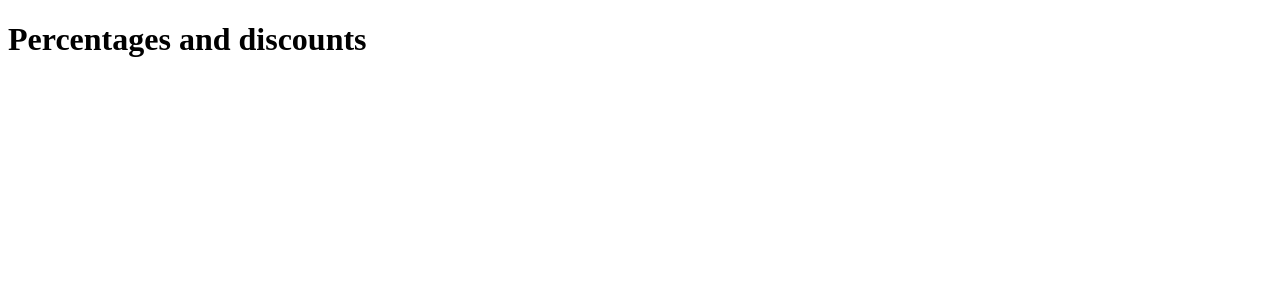
Repository: jangabe/curso-practico-javascript
Page: discounts.html
The author's editor kept a copy of each file at every save. The page is drawn from the files as they stood at one save, then again after the next save.
The browser window is 1280 px wide. The pictures show the whole page.

Above is the page before, as saved 2022-06-15 18:32:59.

### discounts.html
<!DOCTYPE html>
<html lang="en">
<head>
    <meta charset="UTF-8">
    <meta name="viewport" content="width=device-width, initial-scale=1.0">
    <title>Percentages and discounts</title>
</head>
<body>
    <h1>Percentages and discounts</h1>
    <script src="./discounts.js"></script>
</body>
</html>

### discounts.js
/* const originalPrice = 120;
const discount = 18;
const percentagePriceWithDiscount = 100 - discount;
const priceWithDiscount = (originalPrice *  percentagePriceWithDiscount) / 100;*/

function calculatePriceWithDiscount(price, discount){
    const percentagePriceWithDiscount = 100 - discount;
    const priceWithDiscount = (price *  percentagePriceWithDiscount) / 100;
    return priceWithDiscount;
}

After the next save:
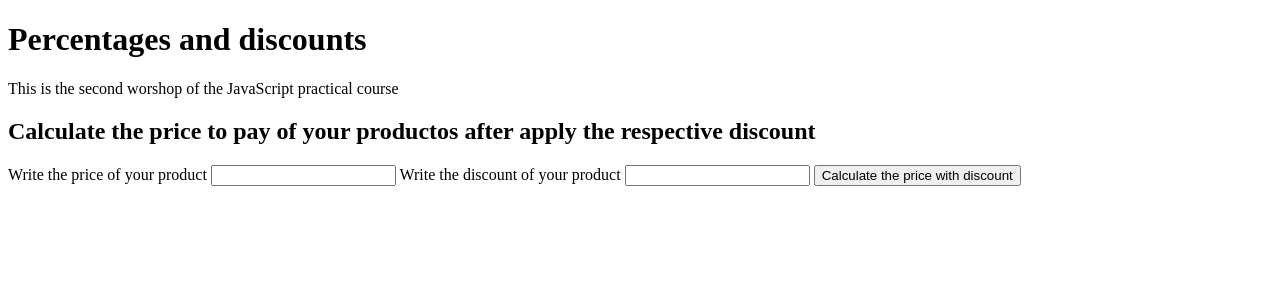
Saved 6 min 31 s later.
--- a/discounts.html
+++ b/discounts.html
@@ -6,7 +6,24 @@
     <title>Percentages and discounts</title>
 </head>
 <body>
-    <h1>Percentages and discounts</h1>
+    <header>
+        <h1>Percentages and discounts</h1>
+        <p>This is the second worshop of the JavaScript practical course</p>
+    </header>
+
+    <section>
+        <h2>Calculate the price to pay of your productos after apply the respective discount</h2>
+
+        <form action="">
+            <label for=""">Write the price of your product</label>
+            <input id="InputProduct" type="number">
+
+            <label for=""">Write the discount of your product</label>
+            <input id="InputDiscount" type="number">
+
+            <button type="button">Calculate the price with discount</button>
+        </form>
+    </section>
     <script src="./discounts.js"></script>
 </body>
 </html>
